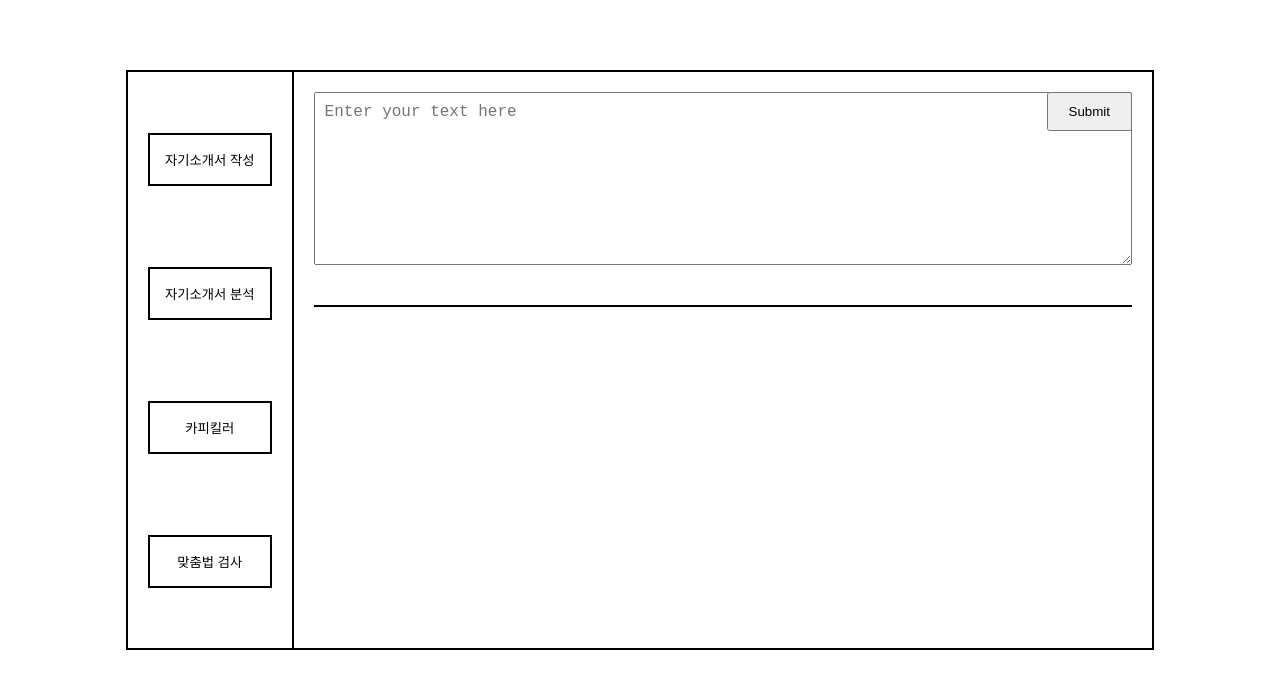
Repository: Choi9912/Flask_IntroduceGPT
Page: http://localhost/
These files come from the project's save history. The page is drawn as it stood at one moment and after the next save; the edit follows.
The browser window is 1280 px wide. The pictures show the whole page.
The page is served by the project's application, run on Flask 3 (app.py).

Above is the page before, as saved 2024-07-27 10:48:19.

### templates/index.html
<!doctype html>
<html lang="en">
<head>
    <meta charset="UTF-8">
    <title>AI Q&A</title>
    <link rel="stylesheet" href="{{ url_for('static', filename='style.css') }}">
</head>
<body>
    <div class="container">
        <div class="sidebar">
            <button id="sendBtn">자기소개서 작성</button>
            <button id="analyzeBtn">자기소개서 분석</button>
            <button id="plagiarismBtn">카피킬러</button>
            <button id="spellCheckBtn">맞춤법 검사</button>
        </div>
        <div class="content">
            <textarea id="inputArea" placeholder="Enter your text here"></textarea>
            <button id="actionBtn">Submit</button>
            <div id="output"></div>
        </div>
    </div>
    <script src="{{ url_for('static', filename='script.js') }}"></script>
</body>
</html>

### app.py
from flask import Flask, request, jsonify, render_template
import requests
import logging

# Configure logging
logging.basicConfig(level=logging.DEBUG)

class SelfIntroductionAnalyzer:
    def __init__(self, api_url):
        self.api_url = api_url

    def analyze(self, introduction, method):
        if method == 'iterative_refinement':
            return self.iterative_refinement(introduction)
        elif method == 'step_by_step':
            return self.step_by_step(introduction)
        elif method == 'few_shot':
            return self.few_shot(introduction)
        elif method == 'constraint_setting':
            return self.constraint_setting(introduction)
        else:
            return 'Error: Invalid method'

    def iterative_refinement(self, introduction):
        messages = [
            {"role": "system", "content": "당신은 자기소개서를 분석하는 AI입니다."},
            {"role": "user", "content": f"다음 자기소개서를 분석해주세요: {introduction}"}
        ]
        try:
            response = requests.post(self.api_url, json=messages)
            response.raise_for_status()
            return response.json().get('choices')[0]['message']['content']
        except requests.RequestException as e:
            logging.error(f"Error in iterative_refinement: {e}")
            messages.append({"role": "user", "content": "Please clarify the previous answer."})
            try:
                response = requests.post(self.api_url, json=messages)
                response.raise_for_status()
                return response.json().get('choices')[0]['message']['content']
            except requests.RequestException as e:
                logging.error(f"Error in refinement retry: {e}")
                return 'Error: Unable to get a response from the API'

    def step_by_step(self, introduction):
        steps = [
            "Step 1: Analyze the introduction.",
            "Step 2: Identify key points and themes.",
            "Step 3: Evaluate the structure and coherence."
        ]
        messages = [
            {"role": "system", "content": "당신은 자기소개서를 분석하는 AI입니다."},
            {"role": "user", "content": f"다음 자기소개서를 분석해주세요: {introduction}"},
            {"role": "assistant", "content": " ".join(steps)}
        ]
        try:
            response = requests.post(self.api_url, json=messages)
            response.raise_for_status()
            return response.json().get('choices')[0]['message']['content']
        except requests.RequestException as e:
            logging.error(f"Error in step_by_step: {e}")
            return 'Error: Unable to get a response from the API'

    def few_shot(self, introduction):
        examples = [
            {"role": "user", "content": "자기소개서의 강점을 분석해주세요.", "role": "assistant", "content": "자기소개서의 강점은 명확한 목표 설정과 구체적인 경험 사례입니다."},
            {"role": "user", "content": "자기소개서에서 개선할 점을 알려주세요.", "role": "assistant", "content": "자기소개서의 개선할 점은 내용의 일관성과 논리적 흐름입니다."}
        ]
        messages = [
            {"role": "system", "content": "당신은 자기소개서를 분석하는 AI입니다."},
            *examples,
            {"role": "user", "content": f"다음 자기소개서를 분석해주세요: {introduction}"}
        ]
        try:
            response = requests.post(self.api_url, json=messages)
            response.raise_for_status()
            return response.json().get('choices')[0]['message']['content']
        except requests.RequestException as e:
            logging.error(f"Error in few_shot: {e}")
            return 'Error: Unable to get a response from the API'

    def constraint_setting(self, introduction):
        constraints = "최대한 자세하게 알려주세요."
        messages = [
            {"role": "system", "content": "당신은 자기소개서를 분석하는 AI입니다."},
            {"role": "user", "content": f"다음 자기소개서를 분석해주세요: {introduction}\n{constraints}"}
        ]
        try:
            response = requests.post(self.api_url, json=messages)
            response.raise_for_status()
            return response.json().get('choices')[0]['message']['content']
        except requests.RequestException as e:
            logging.error(f"Error in constraint_setting: {e}")
            return 'Error: Unable to get a response from the API'


class SelfIntroductionWriter:
    def __init__(self, api_url):
        self.api_url = api_url

    def write(self, prompt, method):
        if method == 'iterative_refinement':
            return self.iterative_refinement(prompt)
        elif method == 'step_by_step':
            return self.step_by_step(prompt)
        elif method == 'few_shot':
            return self.few_shot(prompt)
        elif method == 'constraint_setting':
            return self.constraint_setting(prompt)
        else:
            return 'Error: Invalid method'

    def iterative_refinement(self, prompt):
        messages = [
            {"role": "system", "content": "당신은 자기소개서를 작성하는 AI입니다."},
            {"role": "user", "content": f"다음 프롬프트로 자기소개서를 작성해주세요: {prompt}"}
        ]
        try:
            response = requests.post(self.api_url, json=messages)
            response.raise_for_status()
            return response.json().get('choices')[0]['message']['content']
        except requests.RequestException as e:
            logging.error(f"Error in iterative_refinement: {e}")
            messages.append({"role": "user", "content": "Please improve the previous version."})
            try:
                response = requests.post(self.api_url, json=messages)
                response.raise_for_status()
                return response.json().get('choices')[0]['message']['content']
            except requests.RequestException as e:
                logging.error(f"Error in refinement retry: {e}")
                return 'Error: Unable to get a response from the API'

    def step_by_step(self, prompt):
        steps = [
            "Step 1: Understand the prompt.",
            "Step 2: Identify key points to include.",
            "Step 3: Draft the introduction with a logical flow."
        ]
        messages = [
            {"role": "system", "content": "당신은 자기소개서를 작성하는 AI입니다."},
            {"role": "user", "content": f"다음 프롬프트로 자기소개서를 작성해주세요: {prompt}"},
            {"role": "assistant", "content": " ".join(steps)}
        ]
        try:
            response = requests.post(self.api_url, json=messages)
            response.raise_for_status()
            return response.json().get('choices')[0]['message']['content']
        except requests.RequestException as e:
            logging.error(f"Error in step_by_step: {e}")
            return 'Error: Unable to get a response from the API'

    def few_shot(self, prompt):
        examples = [
            {"role": "user", "content": "자기소개서를 작성해주세요.", "role": "assistant", "content": "저는 열정적이고 성실한 사람입니다. 저는 다양한 경험을 통해 성장했습니다."},
            {"role": "user", "content": "자기소개서의 핵심을 작성해주세요.", "role": "assistant", "content": "저는 협력과 도전정신을 중요시하며, 항상 새로운 것을 배우고자 합니다."}
        ]
        messages = [
            {"role": "system", "content": "당신은 자기소개서를 작성하는 AI입니다."},
            *examples,
            {"role": "user", "content": f"다음 프롬프트로 자기소개서를 작성해주세요: {prompt}"}
        ]
        try:
            response = requests.post(self.api_url, json=messages)
            response.raise_for_status()
            return response.json().get('choices')[0]['message']['content']
        except requests.RequestException as e:
            logging.error(f"Error in few_shot: {e}")
            return 'Error: Unable to get a response from the API'

    def constraint_setting(self, prompt):
        constraints = ""
        messages = [
            {"role": "system", "content": "당신은 자기소개서를 작성하는 AI입니다."},
            {"role": "user", "content": f"다음 프롬프트로 자기소개서를 작성해주세요: {prompt}\n{constraints}"}
        ]
        try:
            response = requests.post(self.api_url, json=messages)
            response.raise_for_status()
            return response.json().get('choices')[0]['message']['content']
        except requests.RequestException as e:
            logging.error(f"Error in constraint_setting: {e}")
            return 'Error: Unable to get a response from the API'


class PlagiarismChecker:
    def __init__(self, api_url):
        self.api_url = api_url

    def check(self, text):
        messages = [
            {"role": "system", "content": "당신은 카피킬러 AI입니다."},
            {"role": "user", "content": f"다음 글의 표절 여부를 확인해주세요: {text}"}
        ]
        try:
            response = requests.post(self.api_url, json=messages)
            response.raise_for_status()
            return response.json().get('choices')[0]['message']['content']
        except requests.RequestException as e:
            logging.error(f"Error in PlagiarismChecker: {e}")
            return 'Error: Unable to get a response from the API'


class SpellChecker:
    def __init__(self, api_url):
        self.api_url = api_url

    def check(self, text):
        messages = [
            {"role": "system", "content": "당신은 맞춤법 검사 AI입니다."},
            {"role": "user", "content": f"다음 글의 맞춤법을 확인해주세요: {text}"}
        ]
        try:
            response = requests.post(self.api_url, json=messages)
            response.raise_for_status()
            return response.json().get('choices')[0]['message']['content']
        except requests.RequestException as e:
            logging.error(f"Error in SpellChecker: {e}")
            return 'Error: Unable to get a response from the API'


class PromptOptimizerApp:
    def __init__(self, analyzer, writer, plagiarism_checker, spell_checker):
        self.app = Flask(__name__)
        self.analyzer = analyzer
        self.writer = writer
        self.plagiarism_checker = plagiarism_checker
        self.spell_checker = spell_checker
        self.setup_routes()

    def setup_routes(self):
        self.app.add_url_rule('/', 'index', self.index)
        self.app.add_url_rule('/generate', 'generate', self.generate, methods=['POST'])
        self.app.add_url_rule('/analyze', 'analyze', self.analyze_route, methods=['POST'])
        self.app.add_url_rule('/write', 'write', self.write_route, methods=['POST'])
        self.app.add_url_rule('/plagiarism_check', 'plagiarism_check', self.plagiarism_check_route, methods=['POST'])
        self.app.add_url_rule('/spell_check', 'spell_check', self.spell_check_route, methods=['POST'])

    def index(self):
        return render_template('index.html')

    def generate(self):
        data = request.get_json()
        question = data.get('question')
        logging.debug(f"Received question: {question}")

        answer = self.writer.iterative_refinement(question)
        return jsonify({'answer': answer})

    def analyze_route(self):
        data = request.get_json()
        introduction = data.get('introduction')
        method = data.get('method', 'iterative_refinement')  # Default to 'iterative_refinement'
        logging.debug(f"Received introduction: {introduction} with method: {method}")
        analysis = self.analyzer.analyze(introduction, method)
        return jsonify({'analysis': analysis})

    def write_route(self):
        data = request.get_json()
        prompt = data.get('prompt')
        method = data.get('method', 'iterative_refinement')  # Default to 'iterative_refinement'
        logging.debug(f"Received prompt: {prompt} with method: {method}")
        writing = self.writer.write(prompt, method)
        return jsonify({'writing': writing})

    def plagiarism_check_route(self):
        data = request.get_json()
        text = data.get('text')
        logging.debug(f"Received text for plagiarism check: {text}")
        report = self.plagiarism_checker.check(text)
        return jsonify({'plagiarism_report': report})

    def spell_check_route(self):
        data = request.get_json()
        text = data.get('text')
        logging.debug(f"Received text for spell check: {text}")
        report = self.spell_checker.check(text)
        return jsonify({'spell_check_report': report})

    def run(self):
        self.app.run(debug=True)


if __name__ == '__main__':
    API_URL = 'https://open-api.jejucodingcamp.workers.dev/'
    analyzer = SelfIntroductionAnalyzer(API_URL)
    writer = SelfIntroductionWriter(API_URL)
    plagiarism_checker = PlagiarismChecker(API_URL)
    spell_checker = SpellChecker(API_URL)
    app_instance = PromptOptimizerApp(analyzer, writer, plagiarism_checker, spell_checker)
    app_instance.run()

### static/style.css
body {
    display: flex;
    justify-content: center;
    align-items: center;
    height: 100vh;
    margin: 0;
    font-family: Arial, sans-serif;
}

.container {
    display: flex;
    border: 2px solid black;
    width: 80%;
    height: 80%;
}

.sidebar {
    display: flex;
    flex-direction: column;
    justify-content: space-around;
    padding: 20px;
    border-right: 2px solid black;
}

.sidebar button {
    padding: 15px;
    margin: 10px 0;
    border: 2px solid black;
    background-color: white;
    cursor: pointer;
}

.sidebar button:hover {
    background-color: #f0f0f0;
}

.content {
    flex: 1;
    display: flex;
    flex-direction: column;
    padding: 20px;
    position: relative;
}

#inputArea {
    flex: 1;
    margin-bottom: 20px;
    padding: 10px;
    font-size: 16px;
}

#actionBtn {
    position: absolute;
    top: 20px;
    right: 20px;
    padding: 10px 20px;
    cursor: pointer;
}

#output {
    flex: 2;
    margin-top: 20px;
    border-top: 2px solid black;
    padding: 10px;
    overflow-y: auto;
}

### static/script.js
document.addEventListener('DOMContentLoaded', function() {
    const sendBtn = document.getElementById('sendBtn');
    const analyzeBtn = document.getElementById('analyzeBtn');
    const plagiarismBtn = document.getElementById('plagiarismBtn');
    const spellCheckBtn = document.getElementById('spellCheckBtn');
    const actionBtn = document.getElementById('actionBtn');
    const inputArea = document.getElementById('inputArea');
    const outputDiv = document.getElementById('output');

    let currentAction = null;

    sendBtn.addEventListener('click', () => {
        currentAction = 'generate';
        inputArea.placeholder = 'Enter your question here';
    });

    analyzeBtn.addEventListener('click', () => {
        currentAction = 'analyze';
        inputArea.placeholder = 'Enter your self-introduction here';
    });

    plagiarismBtn.addEventListener('click', () => {
        currentAction = 'plagiarism_check';
        inputArea.placeholder = 'Enter your text for plagiarism check';
    });

    spellCheckBtn.addEventListener('click', () => {
        currentAction = 'spell_check';
        inputArea.placeholder = 'Enter your text for spell check';
    });

    actionBtn.addEventListener('click', () => {
        const text = inputArea.value;
        if (text.trim() === '' || !currentAction) return;

        let url;
        const body = { text: text };

        switch (currentAction) {
            case 'generate':
                url = '/generate';
                body.question = text;
                delete body.text;
                break;
            case 'analyze':
                url = '/analyze';
                body.introduction = text;
                delete body.text;
                break;
            case 'plagiarism_check':
                url = '/plagiarism_check';
                break;
            case 'spell_check':
                url = '/spell_check';
                break;
            default:
                return;
        }

        fetch(url, {
            method: 'POST',
            headers: {
                'Content-Type': 'application/json'
            },
            body: JSON.stringify(body)
        })
        .then(response => response.json())
        .then(data => {
            let resultText;
            if (currentAction === 'generate') {
                resultText = `Generated Response: ${data.answer}`;
            } else if (currentAction === 'analyze') {
                resultText = `Analysis Result: ${data.analysis}`;
            } else if (currentAction === 'plagiarism_check') {
                resultText = `Plagiarism Report: ${data.plagiarism_report}`;
            } else if (currentAction === 'spell_check') {
                resultText = `Spell Check Report: ${data.spell_check_report}`;
            }
            outputDiv.textContent = resultText;
        })
        .catch(error => {
            console.error('Error:', error);
            outputDiv.textContent = 'Error: Unable to get a response from the server.';
        });

        inputArea.value = '';
    });
});

After the next save:
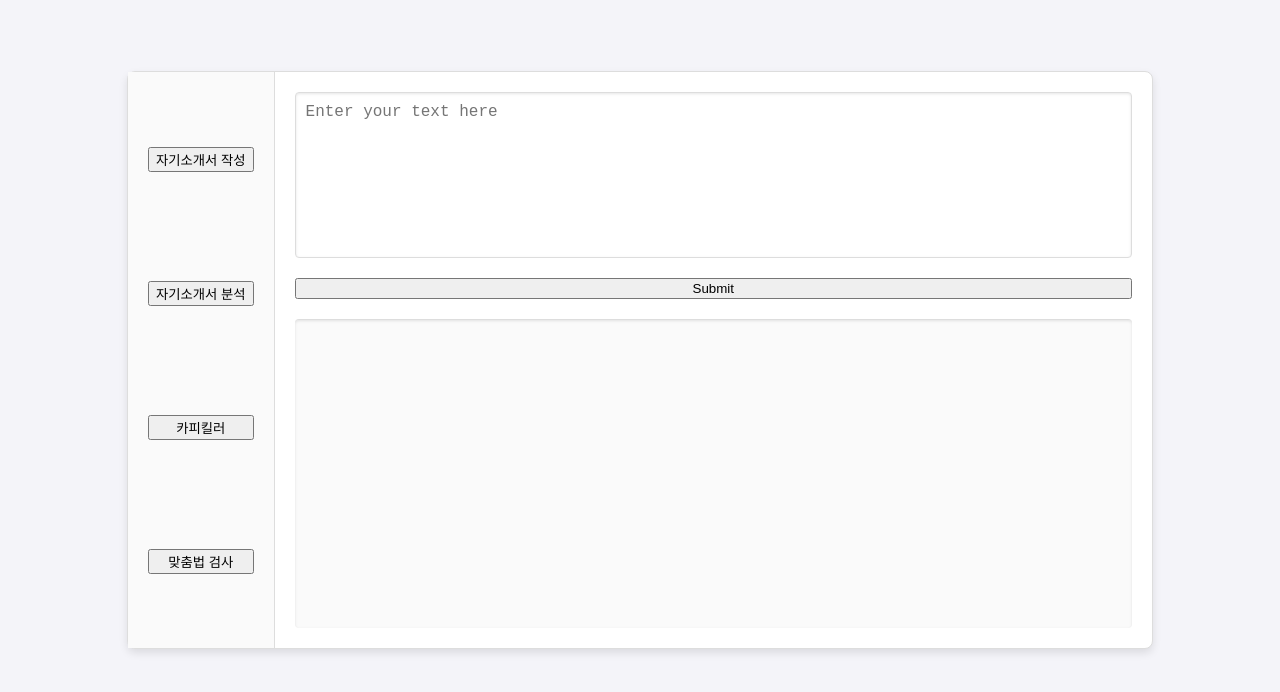
Saved 22 min 0 s later.
--- a/static/style.css
+++ b/static/style.css
@@ -5,13 +5,17 @@ body {
     height: 100vh;
     margin: 0;
     font-family: Arial, sans-serif;
+    background-color: #f4f4f9;
 }
 
 .container {
     display: flex;
-    border: 2px solid black;
+    border: 1px solid #ddd;
+    border-radius: 8px;
+    box-shadow: 0 4px 8px rgba(0, 0, 0, 0.1);
     width: 80%;
     height: 80%;
+    background-color: #fff;
 }
 
 .sidebar {
@@ -19,19 +23,24 @@ body {
     flex-direction: column;
     justify-content: space-around;
     padding: 20px;
-    border-right: 2px solid black;
+    border-right: 1px solid #ddd;
+    background-color: #fafafa;
 }
 
-.sidebar button {
+.sidebar-btn {
     padding: 15px;
     margin: 10px 0;
-    border: 2px solid black;
-    background-color: white;
+    border: 1px solid #ddd;
+    border-radius: 4px;
+    background-color: #ffffff;
     cursor: pointer;
+    font-size: 16px;
+    transition: background-color 0.3s, box-shadow 0.3s;
 }
 
-.sidebar button:hover {
+.sidebar-btn:hover {
     background-color: #f0f0f0;
+    box-shadow: 0 4px 8px rgba(0, 0, 0, 0.1);
 }
 
 .content {
@@ -47,20 +56,38 @@ body {
     margin-bottom: 20px;
     padding: 10px;
     font-size: 16px;
+    border: 1px solid #ddd;
+    border-radius: 4px;
+    resize: none;
+    box-shadow: inset 0 1px 3px rgba(0, 0, 0, 0.1);
 }
 
-#actionBtn {
+.submit-btn {
     position: absolute;
     top: 20px;
     right: 20px;
     padding: 10px 20px;
     cursor: pointer;
+    background-color: #007bff;
+    color: #fff;
+    border: none;
+    border-radius: 4px;
+    font-size: 16px;
+    transition: background-color 0.3s, box-shadow 0.3s;
+}
+
+.submit-btn:hover {
+    background-color: #0056b3;
+    box-shadow: 0 4px 8px rgba(0, 0, 0, 0.1);
 }
 
 #output {
     flex: 2;
     margin-top: 20px;
-    border-top: 2px solid black;
+    border-top: 1px solid #ddd;
     padding: 10px;
     overflow-y: auto;
+    background-color: #fafafa;
+    border-radius: 4px;
+    box-shadow: inset 0 1px 3px rgba(0, 0, 0, 0.1);
 }
